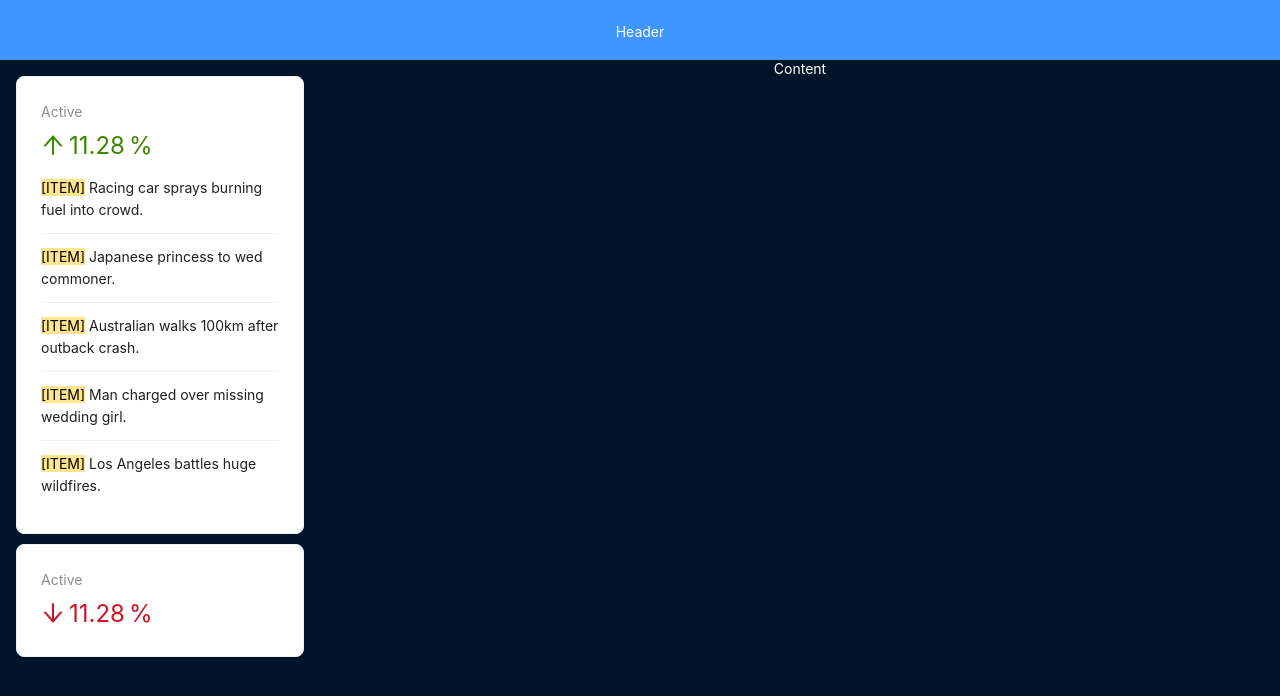
Repository: Vadia23/React-Crypto-App
Page: /
The author's editor kept a copy of each file at every save. The page is drawn from the files as they stood at one save, then again after the next save.
The browser window is 1280 px wide. The pictures show the whole page.
The project was rebuilt for these pictures with package versions that can differ from the ones it lists, and the page was loaded fresh each time. Also part of the build but not shown: vite.config.js.

Above is the page before, as saved 2024-02-08 18:03:49.

### src/App.jsx
import { Layout } from "antd";
import AppHeader from "./components/layout/AppHeader";
import AppSider from "./components/layout/AppSider";
import AppContent from "./components/layout/AppConten";

export default function App() {
  return (
    <Layout>
      <AppHeader />
      <Layout>
        <AppSider />
        <AppContent />
      </Layout>
    </Layout>
  );
}

### src/components/layout/AppHeader.jsx
import { Layout } from "antd";

const headerStyle = {
  textAlign: "center",
  color: "#fff",
  height: 60,
  paddingInline: 48,
  lineHeight: "64px",
  backgroundColor: "#4096ff",
};

export default function AppHeader() {
  return <Layout.Header style={headerStyle}>Header</Layout.Header>;
}

### src/components/layout/AppSider.jsx
import { Card, Layout, List, Statistic, Typography } from "antd";
import { ArrowDownOutlined, ArrowUpOutlined } from "@ant-design/icons";

const siderStyle = {
  padding: "1rem",
};

const data = [
  "Racing car sprays burning fuel into crowd.",
  "Japanese princess to wed commoner.",
  "Australian walks 100km after outback crash.",
  "Man charged over missing wedding girl.",
  "Los Angeles battles huge wildfires.",
];

export default function AppSider() {
  return (
    <Layout.Sider width="25%" style={siderStyle}>
      <Card style={{ marginBottom: "10px" }}>
        <Statistic
          title="Active"
          value={11.28}
          precision={2}
          valueStyle={{ color: "#3f8600" }}
          prefix={<ArrowUpOutlined />}
          suffix="%"
        />
        <List
          dataSource={data}
          renderItem={(item) => (
            <List.Item>
              <Typography.Text mark>[ITEM]</Typography.Text> {item}
            </List.Item>
          )}
        />
      </Card>
      <Card>
        <Statistic
          title="Active"
          value={11.28}
          precision={2}
          valueStyle={{ color: "#cf1322" }}
          prefix={<ArrowDownOutlined />}
          suffix="%"
        />
      </Card>
    </Layout.Sider>
  );
}

### src/components/layout/AppConten.jsx
import { Layout } from "antd";

const contentStyle = {
  textAlign: "center",
  minHeight: "calc(100vh - 60px)",
  color: "#fff",
  backgroundColor: "#001529",
};

export default function AppContent() {
  return <Layout.Content style={contentStyle}>Content</Layout.Content>;
}

Loaded but not shown: index.html (common file); src/main.jsx (common file); src/index.css (common file)

After the next save:
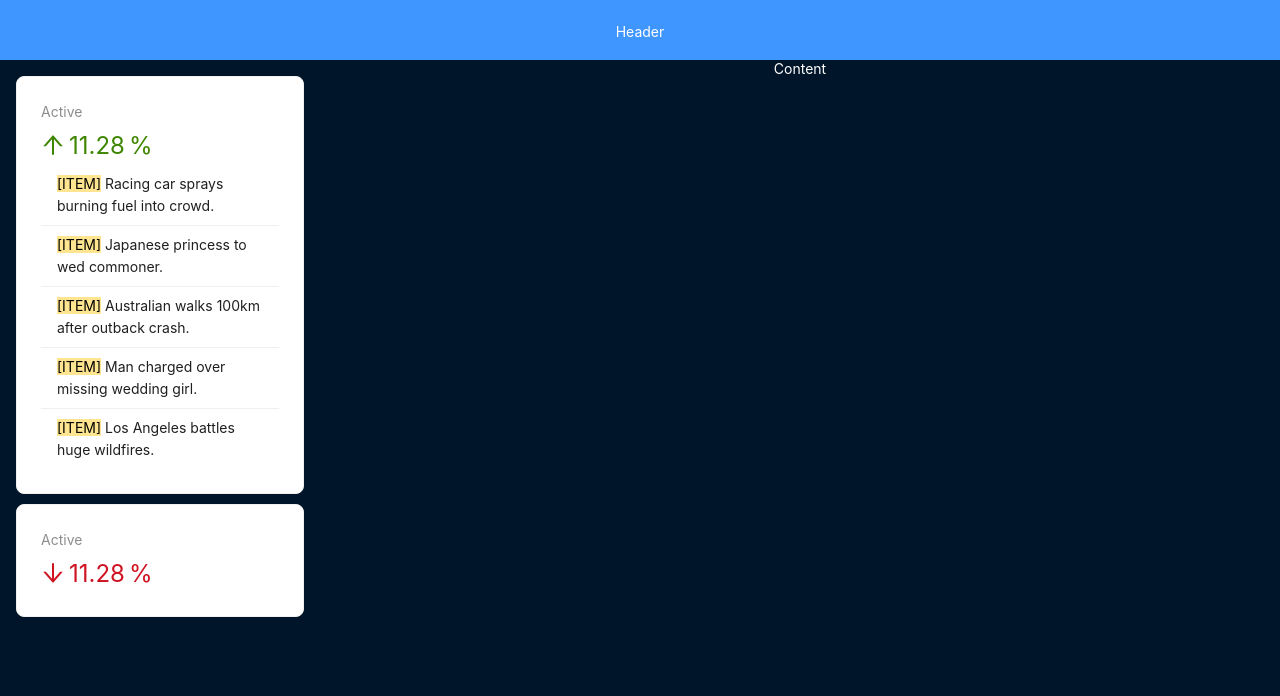
Saved 49 s later.
--- a/src/components/layout/AppSider.jsx
+++ b/src/components/layout/AppSider.jsx
@@ -26,6 +26,7 @@
           suffix="%"
         />
         <List
+          size="small"
           dataSource={data}
           renderItem={(item) => (
             <List.Item>
